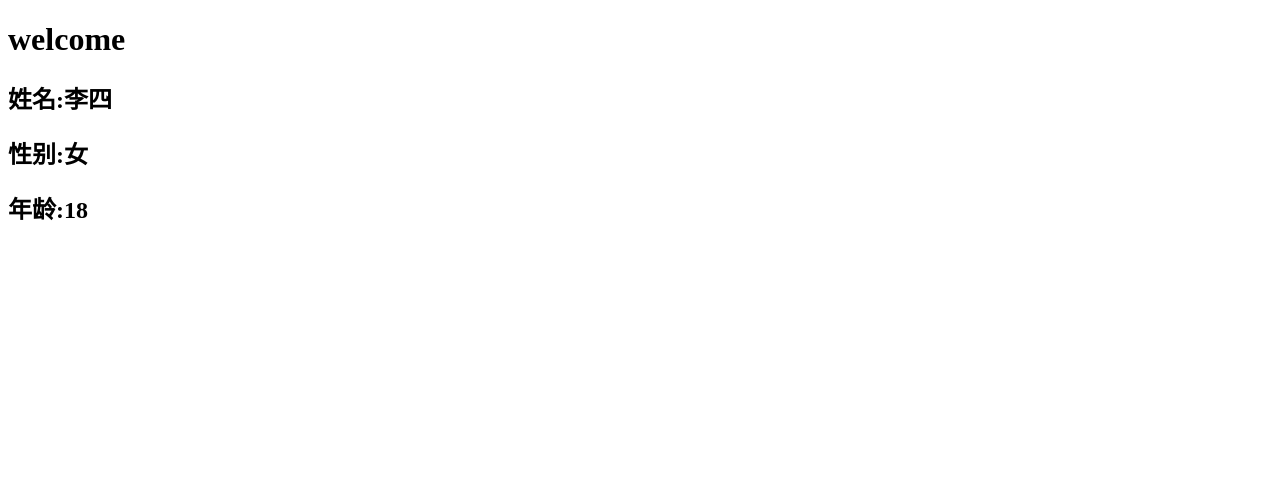
Repository: 319226862/wyy
Page: / (app in vue_test/)
An editor plug-in stored every save of this project. The page is shown before and after the next save, followed by the edit.
The browser window is 1280 px wide. The pictures show the whole page.
The project was rebuilt for these pictures with package versions that can differ from the ones it lists, and the page was loaded fresh each time. Also part of the build but not shown: vue_test/vue.config.js.

Above is the page before, as saved 2023-06-19 15:06:33.

After the next save:
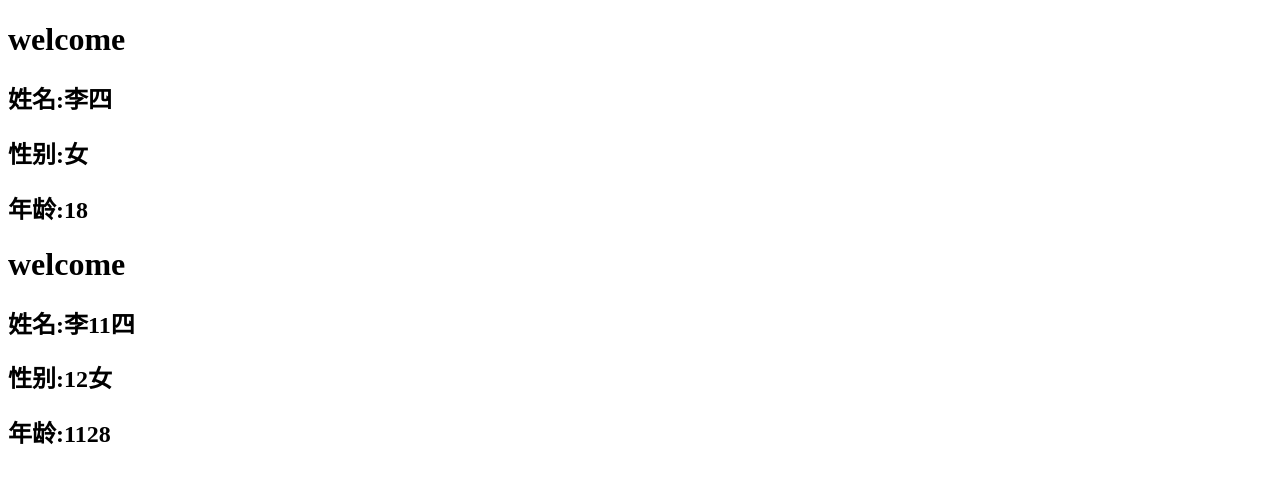
Saved 17 s later.
--- a/vue_test/src/App.vue
+++ b/vue_test/src/App.vue
@@ -1,6 +1,7 @@
 <template>
   <div>
     <School name="李四" sex="女" age="18"/>
+    <School name="李11四" sex="12女" age="1128"/>
   </div>
 </template>
 

After the save that followed:
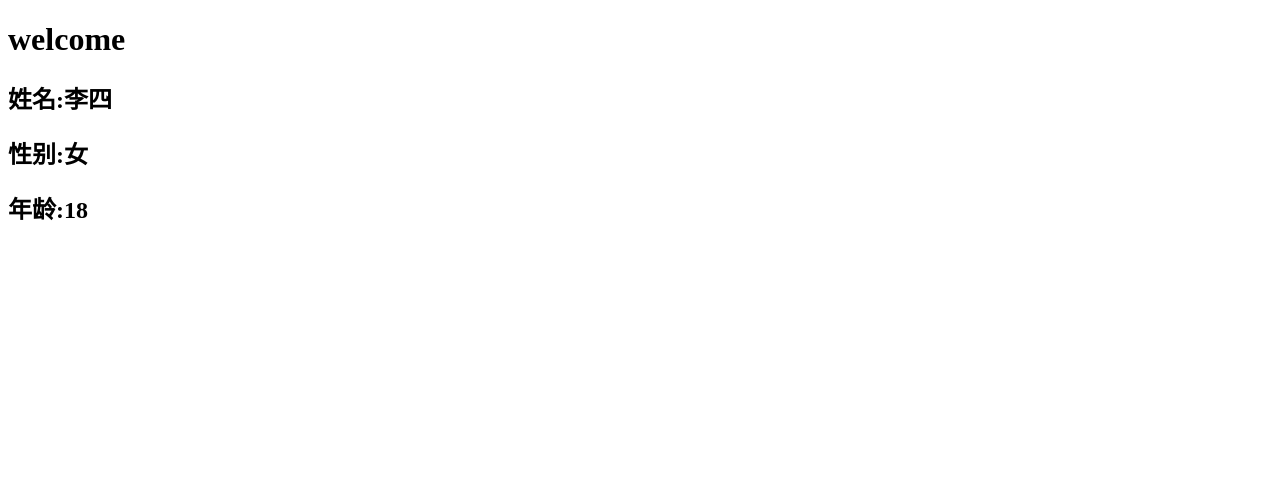
Saved 5 s later.
--- a/vue_test/src/App.vue
+++ b/vue_test/src/App.vue
@@ -1,7 +1,7 @@
 <template>
   <div>
     <School name="李四" sex="女" age="18"/>
-    <School name="李11四" sex="12女" age="1128"/>
+    <!-- <School name="李11四" sex="12女" age="1128"/> -->
   </div>
 </template>
 
